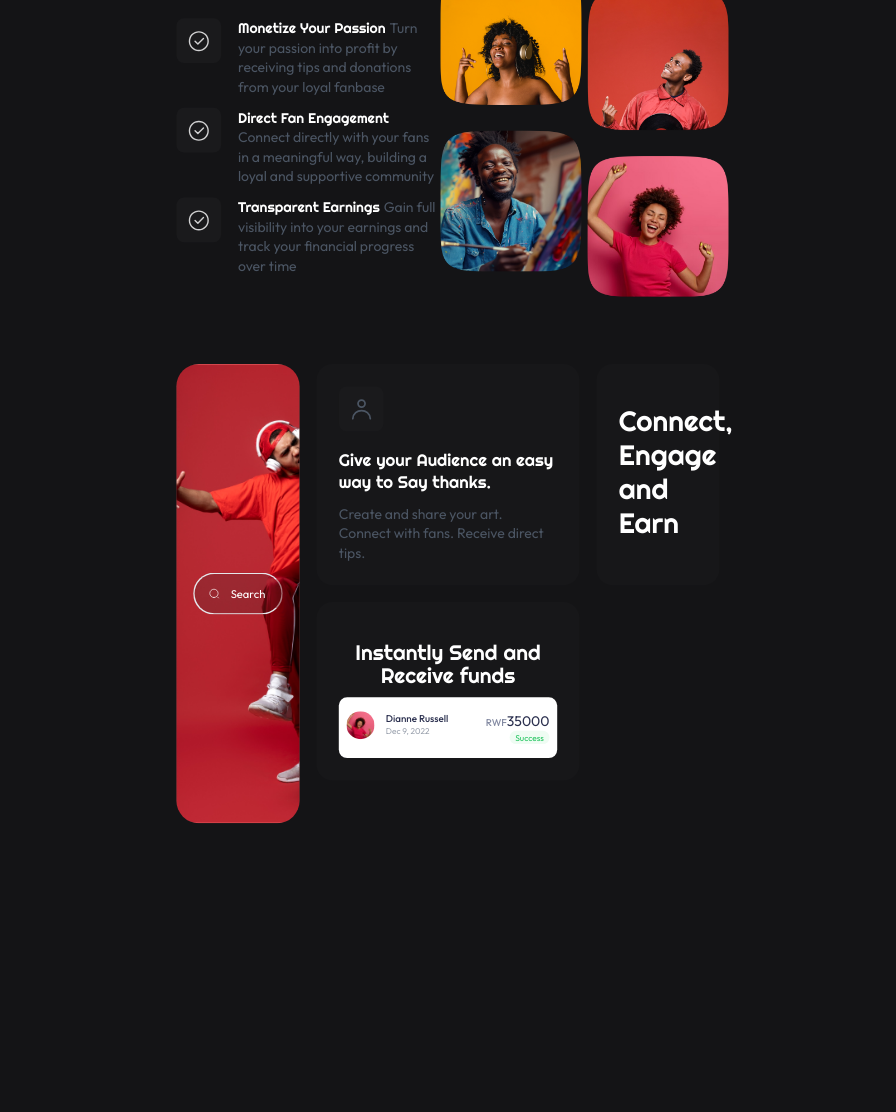
Repository: felixdusengimana/capstone-project-mirror
Page: / (app in frontend/)
An editor plug-in stored every save of this project. The page is shown before and after the next save, followed by the edit.
The browser window is 1280 px wide. The pictures show the part of the page from y = 2500 to 4420 px (the page is 4089 px tall before and 4428 px after), at 70% of full size.
The project was rebuilt for these pictures with package versions that can differ from the ones it lists, and the page was loaded fresh each time. The framework's server and built-in components were replaced by stand-ins that run in the browser. Also part of the build but not shown: frontend/next.config.mjs.

Above is the page before, as saved 2024-03-11 17:10:16.

### frontend/app/layout.tsx
import type { Metadata } from "next";
import { Righteous, Outfit } from "next/font/google";
import "./globals.css";

const outfit = Outfit({ subsets: ["latin"], variable: "--font-outfit" });
const righteous = Righteous({
  subsets: ["latin"],
  variable: "--font-righteous",
  weight: "400",
});

export const metadata: Metadata = {
  title: "Pesatone - Search and gift your favorite creators",
  description:
    "A place where fans show gratitude to the African content creators they love!",
};

export default function RootLayout({
  children,
}: Readonly<{
  children: React.ReactNode;
}>) {
  return (
    <html lang="en">
      <body className={`${outfit.variable} ${righteous.variable} font-sans`}>
        {children}
      </body>
    </html>
  );
}

### frontend/app/page.tsx
import Avatar from "@/components/atoms/Avatar";
import Headline from "@/components/atoms/Headline";
import Card from "@/components/molecules/Card";
import CardIcon from "@/components/molecules/CardIcon";
import Search from "@/components/molecules/Search";
import SmallCard from "@/components/molecules/SmallCard";
import Transaction from "@/components/molecules/Transaction";
import Intro from "@/components/organisms/Intro";
import Navbar from "@/components/organisms/Navbar";
import Image from "next/image";
import React from "react";

export default function page() {
  return (
    <div className="py-[73px]">
      <Navbar />
      <Intro />
      <section className="mt-24 page-padding">
        <div className="max-w-[503px] mx-auto text-center">
          <h5 className="uppercase text-gray-600 mb-4">features</h5>
          <Headline className="text-4xl text-center">
            Unleash Your Influence with Our Exclusive Features
          </Headline>
        </div>
        <div className="grid grid-cols-3 gap-[18px] mt-12">
          <Card title="Secure Transactions" icon="secure">
            Pesatone employs advanced encryption for secure transactions,
            safeguarding you and your fans
          </Card>
          <Card title="Direct Engagement" icon="fast">
            Connect instantly with followers through Pesatone&apos;s
            user-friendly interface, fostering community and stronger
            relationships
          </Card>
          <Card title="Transparent Earnings" icon="dollar">
            Gain clear insight into earnings with Pesatone, easily tracking tips
            and donations for effective financial management
          </Card>
        </div>
      </section>

      <section className="mt-24 page-padding">
        <div className="max-w-[543px] mx-auto text-center">
          <h5 className="uppercase text-gray-600 mb-4">BENEFITS</h5>
          <Headline className="text-4xl text-center">
            Experience the Benefits: Pesatone for Fans and Creators
          </Headline>
        </div>
        <div className="grid grid-cols-2 gap-[18px] mt-12">
          <div className="grid grid-cols-2 w-fit">
            <Avatar
              alt="Profile 1"
              src="/profiles/profile4.png"
              size="2xl"
              circle={false}
              className="ml-[-20px]"
            />
            <Avatar
              alt="Profile 2"
              src={"/profiles/profile3.png"}
              size="2xl"
              circle={false}
              className="mt-[36px]"
            />
            <Avatar
              alt="Profile 3"
              src={"/profiles/profile2.png"}
              size="2xl"
              circle={false}
              className="ml-[-20px]"
            />
            <Avatar
              alt="Profile 4"
              src={"/profiles/profile1.png"}
              size="2xl"
              circle={false}
              className="mt-[36px]"
            />
          </div>
          <div className="flex flex-col justify-center">
            <h5 className="uppercase text-gray-600 mb-6">For Fans</h5>
            <div className="flex flex-col gap-4">
              <SmallCard icon="check" title="Direct Interaction">
                Engage directly with your favorite influencers, fostering a
                closer connection and deeper relationship
              </SmallCard>
              <SmallCard icon="check" title="Support Your Favorites">
                Show your appreciation and support for the creators you love by
                tipping them through Pesatone
              </SmallCard>
              <SmallCard icon="check" title="Exclusive Access ">
                Gain access to exclusive perks and rewards as a loyal fan of
                your favorite influencers.
              </SmallCard>
            </div>
          </div>
        </div>

        <div className="grid grid-cols-2 gap-[18px]  mt-12">
          <div className="flex flex-col justify-center">
            <h5 className="uppercase text-gray-600 mb-6">For creators</h5>
            <div className="flex flex-col gap-4">
              <SmallCard icon="check" title="Monetize Your Passion">
                Turn your passion into profit by receiving tips and donations
                from your loyal fanbase
              </SmallCard>
              <SmallCard icon="check" title="Direct Fan Engagement">
                Connect directly with your fans in a meaningful way, building a
                loyal and supportive community
              </SmallCard>
              <SmallCard icon="check" title="Transparent Earnings">
                Gain full visibility into your earnings and track your financial
                progress over time
              </SmallCard>
            </div>
          </div>
          <div className="grid grid-cols-2 ml-auto w-fit">
            <Avatar
              alt="Profile 1"
              src="/profiles/profile4.png"
              size="2xl"
              circle={false}
              className="ml-[-20px]"
            />
            <Avatar
              alt="Profile 2"
              src={"/profiles/profile3.png"}
              size="2xl"
              circle={false}
              className="mt-[36px]"
            />
            <Avatar
              alt="Profile 3"
              src={"/profiles/profile2.png"}
              size="2xl"
              circle={false}
              className="ml-[-20px]"
            />
            <Avatar
              alt="Profile 4"
              src={"/profiles/profile1.png"}
              size="2xl"
              circle={false}
              className="mt-[36px]"
            />
          </div>
        </div>
      </section>

      <section className="mt-24 page-padding">
        <div className="grid grid-cols-4 grid-rows-3 min-h-[862px] gap-6">
          <div className="bg-[url('/creator-bg.png')] bg-cover bg-no-repeat row-span-2 bg-red-400 rounded-[32px] px-6 flex items-center justify-center">
            <Search className="border-2 border-r-[#ffffff79] " />
          </div>
          <div className="col-span-2">
            <Card
              title={
                <p className="max-w-[374px]">
                  Give your Audience an easy way to Say thanks.
                </p>
              }
              icon="user"
              className="max-w-full"
            >
              Create and share your art. Connect with fans. Receive direct tips.
            </Card>
          </div>
          <Card
            title={
              <p className="text-[40px] leading-[49px]">
                Connect, Engage and Earn
              </p>
            }
          >
            {""}
          </Card>
          <div className="col-span-2">
            <Card
              className="max-w-full"
              title={
                <p className="w-full text-center max-w-[277px] text-[30px] mx-auto">
                  Instantly Send and Receive funds
                </p>
              }
            >
              <div className="max-w-[316px] mx-auto">
                <Transaction
                  currency="RWF"
                  status="completed"
                  date={"Dec 9, 2022"}
                  user={{
                    name: "Dianne Russell",
                    photo: "/profiles/profile1.png",
                  }}
                  amount={35000}
                />
                {/* <Transaction
                  className="max-w-[316px]"
                  currency="RWF"
                  status="completed"
                  date={"Dec 9, 2022"}
                  user={{
                    name: "Dianne Russell",
                    photo: "/profiles/profile1.png",
                  }}
                  amount={35000}
                />
                <Transaction
                  className="max-w-[316px]"
                  currency="RWF"
                  status="completed"
                  date={"Dec 9, 2022"}
                  user={{
                    name: "Dianne Russell",
                    photo: "/profiles/profile1.png",
                  }}
                  amount={35000}
                /> */}
              </div>
            </Card>
          </div>
        </div>
      </section>
    </div>
  );
}

### frontend/app/globals.css
@tailwind base;
@tailwind components;
@tailwind utilities;

:root {
  --bg: #141416;
  --bg-hover: #232326;
  --secondary-color: #17171A;
  --foreground-rgb: 0, 0, 0;
  --background-start-rgb: 214, 219, 220;
  --background-end-rgb: 255, 255, 255;
}

@media (prefers-color-scheme: dark) {
  :root {
    --foreground-rgb: 255, 255, 255;
    --background-start-rgb: 0, 0, 0;
    --background-end-rgb: 0, 0, 0;
  }
}

body {
  background: var(--bg);
  color: rgb(var(--foreground-rgb));
}

@layer utilities {
  .text-balance {
    text-wrap: balance;
  }
}

.page-padding {
  padding: 0 252px;
}

### frontend/components/atoms/Avatar.tsx
/* eslint-disable @next/next/no-img-element */
import { ComponentProps } from "react";
import Icon from "./Icon";

interface AvatarProps extends ComponentProps<"div"> {
  src: string;
  alt?: string;
  size?: "sm" | "md" | "lg" | "xl" | "2xl";
  circle?: boolean;
  bordered?: boolean;
  fallBackText?: string;
}
export default function Avatar({ ...props }: AvatarProps) {
  const {
    src,
    alt,
    size = "sm",
    circle = true,
    fallBackText,
    bordered,
    ...rest
  } = props;

  const sizeClasses = {
    sm: "w-10 h-10",
    md: "w-12 h-12",
    lg: "w-16 h-16",
    xl: "w-[150px] h-[150px]",
    "2xl": "w-[202px] h-[202px]",
  };

  return (
    <div
      {...rest}
      className={`${src ? "bg-transparent" : "bg-gray-100"} ${
        circle ? "rounded-full" : "rounded"
      } ${bordered ? "border-2 border-white" : ""} ${sizeClasses[size]} ${
        rest.className
      } flex items-center justify-center overflow-hidden`}
    >
      {src ? (
        <img
          src={src}
          alt={alt}
          className={`w-full ${sizeClasses[size]} object-cover`}
        />
      ) : fallBackText ? (
        fallBackText
      ) : (
        <Icon name="user" />
      )}
    </div>
  );
}

### frontend/components/atoms/Headline.tsx
import { ComponentProps } from "react";

interface HeadlineProps extends ComponentProps<"h1"> {}

export default function Headline({ ...props }: HeadlineProps) {
  return (
    <div className={`font-mono text-white ${props.className}`}>
      {props.children}
    </div>
  );
}

### frontend/components/molecules/Card.tsx
import { ComponentProps, ReactNode } from "react";
import { IconNames } from "../atoms/Icon";
import Headline from "../atoms/Headline";
import CardIcon from "./CardIcon";

interface CardProps {
  icon?: IconNames;
  title?: ReactNode | string;
  className?: string;
  children: ReactNode;
}

export default function Card({ ...props }: CardProps) {
  const { icon, title, ...rest } = props;
  return (
    <div className={`bg-[#171719] p-8 rounded-[23px]`}>
      {icon && <CardIcon icon={icon} />}
      <Headline className="text-2xl font-normal mt-6 w-full">{title}</Headline>
      <div
        className={`text-gray-600 font-normal text-xl mt-4 max-w-[333px] ${props.className}`}
      >
        {props.children}
      </div>
    </div>
  );
}

### frontend/components/molecules/Search.tsx
"use client";
import { ComponentProps, useEffect, useState } from "react";
import Icon from "../atoms/Icon";

interface SearchProps extends ComponentProps<"div"> {
  placeholder?: string;
  onSearch?: (query: string) => void;
  onClear?: () => void;
}
export default function Search({
  placeholder = "Search for creators",
  onSearch,
  onClear,
  ...props
}: SearchProps) {
  const [query, setQuery] = useState("");

  // return value after 300ms
  useEffect(
    () => {
      const timer = setTimeout(() => {
        onSearch?.(query);
      }, 300);
      return () => clearTimeout(timer);
    },
    // eslint-disable-next-line react-hooks/exhaustive-deps
    [query]
  );

  return (
    <div
      {...props}
      className={`flex bg-[#2C2C3033] px-5 py-4 gap-4 rounded-full ${props.className}`}
    >
      <Icon name="search" onClick={() => onSearch?.(query)} />
      <input
        disabled
        type="text"
        placeholder={placeholder}
        className="w-full text-white placeholder:text-white bg-transparent outline-none"
        onChange={(e) => setQuery(e.target.value)}
      />
    </div>
  );
}

### frontend/components/molecules/SmallCard.tsx
import { ComponentProps } from "react";
import { IconNames } from "../atoms/Icon";
import CardIcon from "./CardIcon";

interface SmallCardProps extends ComponentProps<"div"> {
  icon: IconNames;
  title: string;
}

export default function SmallCard({ ...props }: SmallCardProps) {
  return (
    <div className="flex gap-6">
      <CardIcon icon={props.icon} />
      <p className="text-gray-600 font-normal text-xl">
        <span className="text-white font-mono">{props.title} </span>
        {props.children}
      </p>
    </div>
  );
}

### frontend/components/molecules/Transaction.tsx
import Avatar from "../atoms/Avatar";
import Pill from "../atoms/Pill";

interface TransactionProps {
  user: {
    name: string;
    photo: string;
  };
  date: string;
  currency: string;
  amount: number;
  status: "pending" | "completed" | "rejected";
  className?: string;
}
export default function Transaction({
  user,
  date,
  currency,
  amount,
  status,
  className,
}: TransactionProps) {
  return (
    <div
      className={`flex justify-between gap-10 rounded-xl bg-white px-[11px] py-5 ${className}`}
    >
      <div className="flex gap-4">
        <Avatar src={user.photo} alt={user.name} />
        <div>
          <p className="text-sm font-medium text-[#2A2F4E]">{user.name}</p>
          <p className="text-gray-400 text-xs">{date}</p>
        </div>
      </div>
      <div className="flex flex-col items-end">
        <p className="font-normal text-[#2A2F4E]">
          <span className="font-medium text-[#838AA2] text-sm">{currency}</span>
          {amount.toString()}
        </p>
        <Pill variant={status === "pending" ? "warning" : "success"}>
          {status === "pending" ? "Pending" : "Success"}
        </Pill>
      </div>
    </div>
  );
}

### frontend/components/organisms/Intro.tsx
"use client";

import Headline from "@/components/atoms/Headline";
import Search from "@/components/molecules/Search";
import DownloadApp from "../molecules/DownloadApp";

export default function Intro() {
  return (
    <div className="grid grid-cols-2 pl-[252px]">
      <div className="mt-40">
        <Headline className="text-[64px] leading-[79.47px]">
          Search and gift your favorite creators
        </Headline>
        <p className="text-xl text-gray-600 max-w-[535px] mt-5">
          A place where fans show gratitude to the African content creators they
          love!
        </p>
        <Search className="max-w-[502px] mt-10" />

        <p className="text-gray-600 mt-24 text-base">
          Trusted Users <br />
          Rated 4.5 by 700K+ Customers
        </p>
        <div className="flex gap-6 mt-6">
          <DownloadApp os="android" />
          <DownloadApp os="ios" className="px-[42px]" />
        </div>
      </div>
      <div className="h-full w-full">
        {/* eslint-disable-next-line @next/next/no-img-element */}
        <img src="./home-bg.png" alt="" className="w-full h-full" />
      </div>
    </div>
  );
}

### frontend/components/organisms/Navbar.tsx
import Image from "next/image";
import Button from "../atoms/Button";
import Link from "next/link";

export default function Navbar() {
  return (
    <div className="page-padding flex justify-between items-center">
      <Link href={"/"} className="flex  items-center gap-2">
        <Image
          src="/logo-white.png"
          alt="PESATONElogo"
          width={40}
          height={40}
        />
        <p className="text-sm">ESATONE</p>
      </Link>
      <div className="flex items-center gap-6">
        <Link href={"/login"}>
          <Button variant="secondary" className="px-12">
            Login
          </Button>
        </Link>
        <Link href={"/join"}>
          <Button variant="white" className="font-semibold">
            Sign up free
          </Button>
        </Link>
      </div>
    </div>
  );
}

### frontend/components/molecules/CardIcon.tsx
import React from "react";
import Icon, { IconNames } from "../atoms/Icon";

export default function CardIcon({ icon }: { icon: IconNames }) {
  return (
    <div className="w-16 min-w-[64px] h-16 rounded-[11px] bg-[#1A1A1C] flex items-center justify-center">
      <Icon name={icon} />
    </div>
  );
}

### frontend/components/atoms/Pill.tsx
import { ComponentProps } from "react";

interface PillProps extends ComponentProps<"div"> {
  variant?: "success" | "warning" | "error";
}
export default function Pill({ variant, ...rest }: PillProps) {
  return (
    <div
      {...rest}
      className={`px-2 py-[1.5px] rounded-full text-xs font-normal  w-fit ${
        variant === "success"
          ? "bg-[#EFFCF3] text-[#22C45E]"
          : variant === "warning"
          ? "bg-[#FFF4E5] text-[#F9A825]"
          : "bg-[#FCE8E6] text-[#EA4335]"
      } ${rest.className}`}
    >
      {rest.children}
    </div>
  );
}

### frontend/components/molecules/DownloadApp.tsx
import { ComponentProps } from "react";
import Icon from "../atoms/Icon";

interface DownloadAppProps extends ComponentProps<"div"> {
  os: "android" | "ios";
}

export default function DownloadApp({ os, ...props }: DownloadAppProps) {
  return (
    <div
      {...props}
      className={`flex items-center gap-4 px-10 py-4 border border-[#202024] bg-[#202024] rounded-full cursor-pointer min-w-[202.09px]`}
    >
      <Icon name={os == "android" ? "google-play" : "apple-store"} />
      <div>
        <p className="text-[#DBDBDB] font-medium text-[10px]">
          {os == "android" ? "Get it On" : "Download on the"}
        </p>
        <h3 className="text-[#DBDBDB] font-bold text-sm">
          {os == "android" ? "Google Play" : "App Store"}
        </h3>
      </div>
    </div>
  );
}

### frontend/components/atoms/Button.tsx
import { ComponentProps } from "react";

interface ButtonProps extends ComponentProps<"button"> {
  variant?: "dark" | "white" | "blurred" | "secondary";
  size?: "sm" | "md" | "lg";
  bordered?: boolean;
}

export default function Button({ ...props }: ButtonProps) {
  const { variant = "dark", size = "md", bordered = false } = props;

  const variantClasses = {
    dark: "bg-black text-white",
    white: "bg-white text-black",
    secondary: "bg-secondary text-white",
    blurred: "bg-blurred text-white",
  };

  const sizeClasses = {
    sm: "px-2 py-1",
    md: "px-8 py-4",
    lg: "px-6 py-3",
  };

  const borderClasses = bordered ? "border border-black" : "";

  return (
    <button
      {...props}
      className={`text-xl font-normal rounded-full ${variantClasses[variant]} ${sizeClasses[size]} ${borderClasses} ${props.className}`}
    >
      {props.children}
    </button>
  );
}

### frontend/tailwind.config.ts
import type { Config } from "tailwindcss";

const config: Config = {
  content: [
    "./pages/**/*.{js,ts,jsx,tsx,mdx}",
    "./components/**/*.{js,ts,jsx,tsx,mdx}",
    "./app/**/*.{js,ts,jsx,tsx,mdx}",
  ],
  theme: {
    extend: {
      // backgroundImage: {
      //   "gradient-radial": "radial-gradient(var(--tw-gradient-stops))",
      //   "gradient-conic":
      //     "conic-gradient(from 180deg at 50% 50%, var(--tw-gradient-stops))",
      // },
      fontFamily: {
        sans: ["var(--font-outfit)"],
        mono: ["var(--font-righteous)"],
      },
      colors: {
        secondary: "var(--secondary-color)",
      },
    },
  },
  plugins: [],
};
export default config;

Loaded but not shown: frontend/components/atoms/Icon.tsx (241 lines, source omitted)

After the next save:
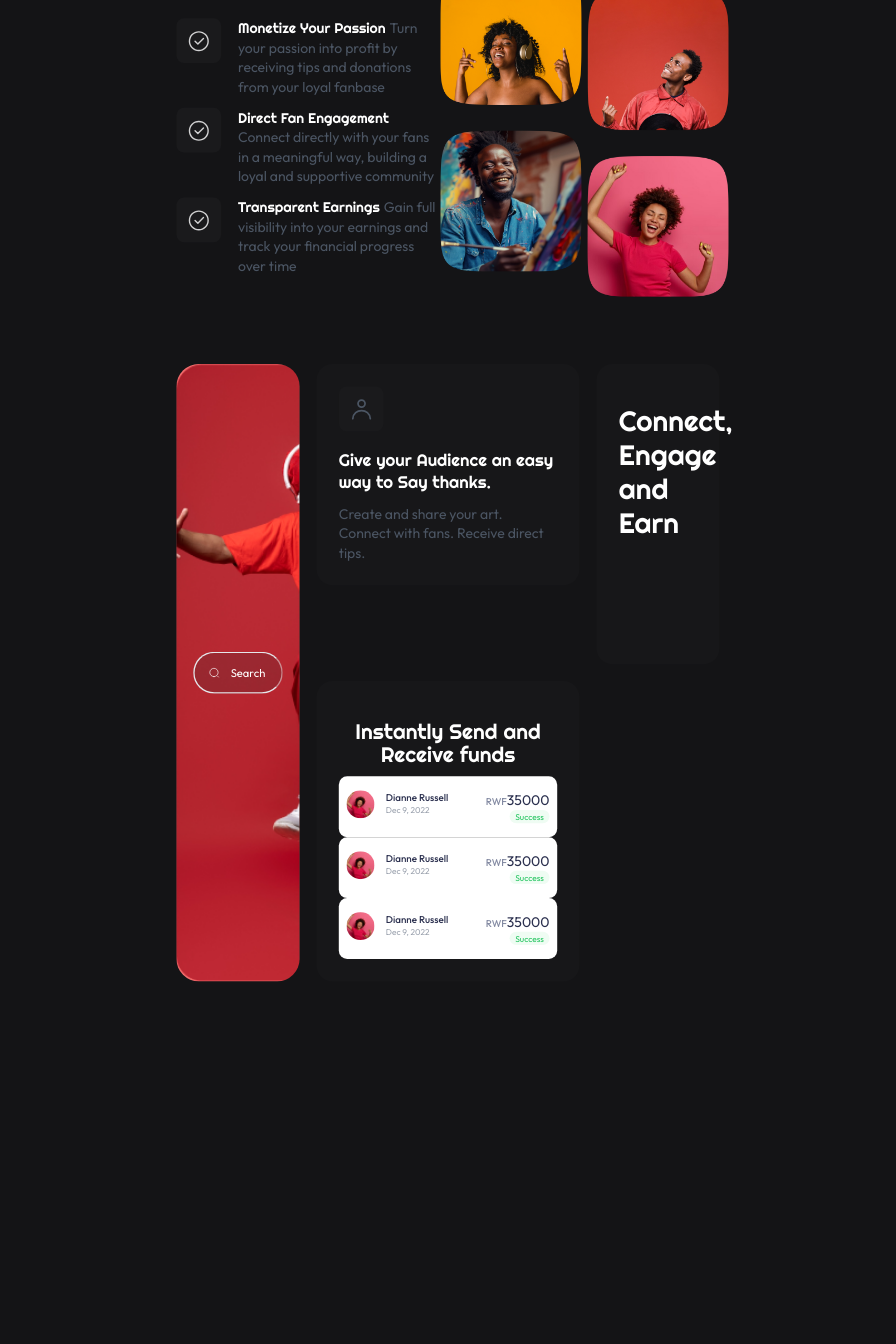
Saved 37 s later.
--- a/frontend/app/page.tsx
+++ b/frontend/app/page.tsx
@@ -194,7 +194,7 @@ export default function page() {
                   }}
                   amount={35000}
                 />
-                {/* <Transaction
+                <Transaction
                   className="max-w-[316px]"
                   currency="RWF"
                   status="completed"
@@ -215,7 +215,7 @@ export default function page() {
                     photo: "/profiles/profile1.png",
                   }}
                   amount={35000}
-                /> */}
+                />
               </div>
             </Card>
           </div>
